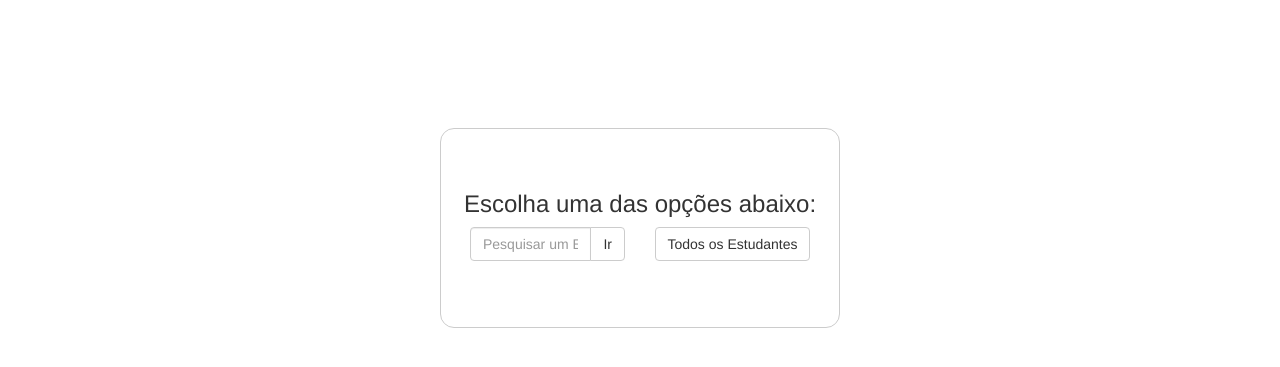
Repository: ipti/br.tag.webservice
Page: http://localhost/Restful-API-TAG/students.jsp
An editor plug-in stored every save of this project. The page is shown before and after the next save, followed by the edit.
The browser window is 1280 px wide. The pictures show the whole page.
The page is served by Tomcat 9.

Above is the page before, as saved 2016-04-27 13:35:13.

After the next save:
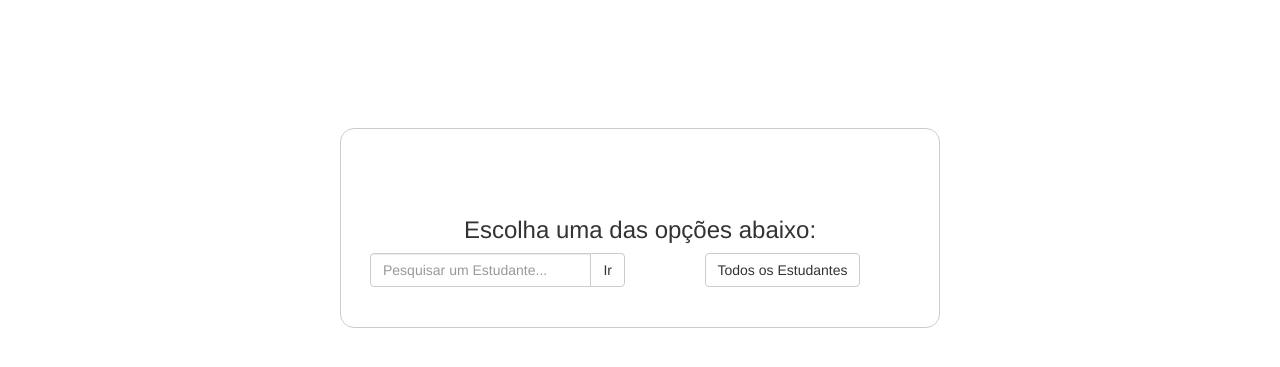
Saved 4 s later.
--- a/Restful-API-TAG/WebContent/css/styles.css
+++ b/Restful-API-TAG/WebContent/css/styles.css
@@ -14,7 +14,7 @@
 #studentsDiv {
     /* Just to center the form on the page */
     margin: 10% auto;
-    width: 400px;
+    width: 600px;
     height: 200px;
     /* To see the outline of the form */
     padding: 1em;
